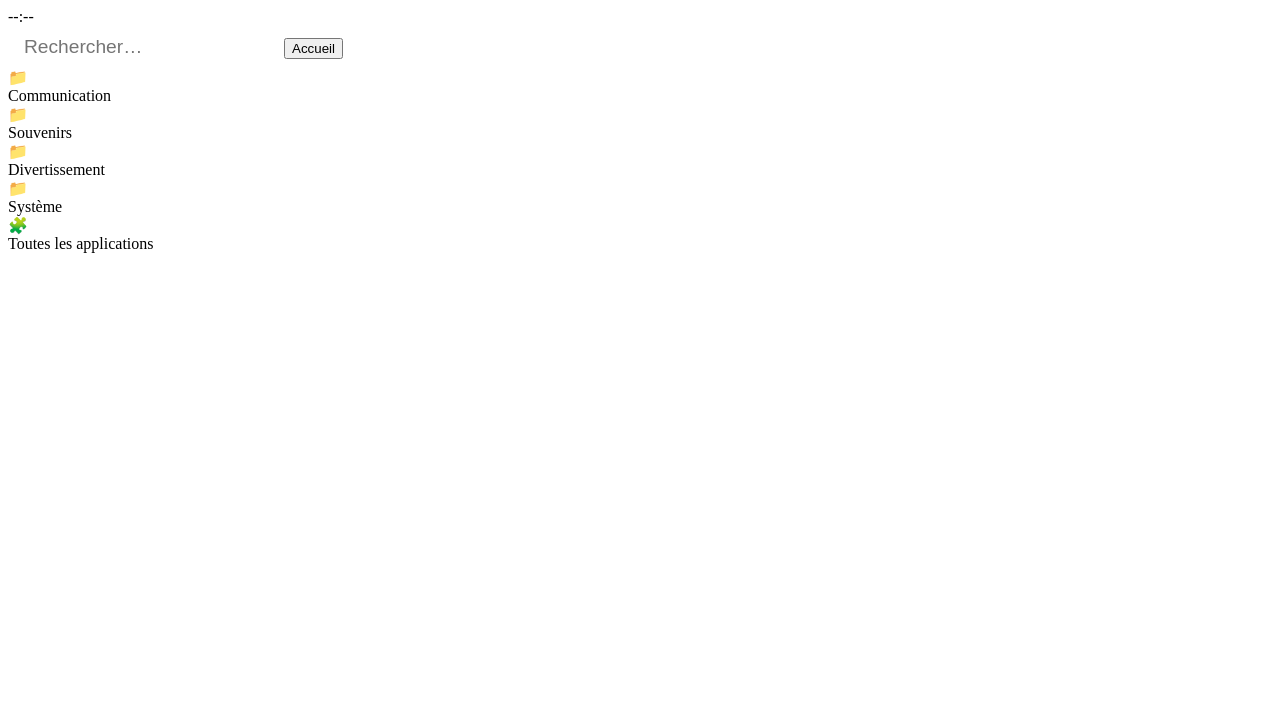
Repository: nlagardere/OpenHand
Page: index.html
The author's editor kept a copy of each file at every save. The page is drawn from the files as they stood at one save, then again after the next save.
The browser window is 1280 px wide. The pictures show the whole page.

Above is the page before, as saved 2026-01-28 17:55:45.

After the next save:
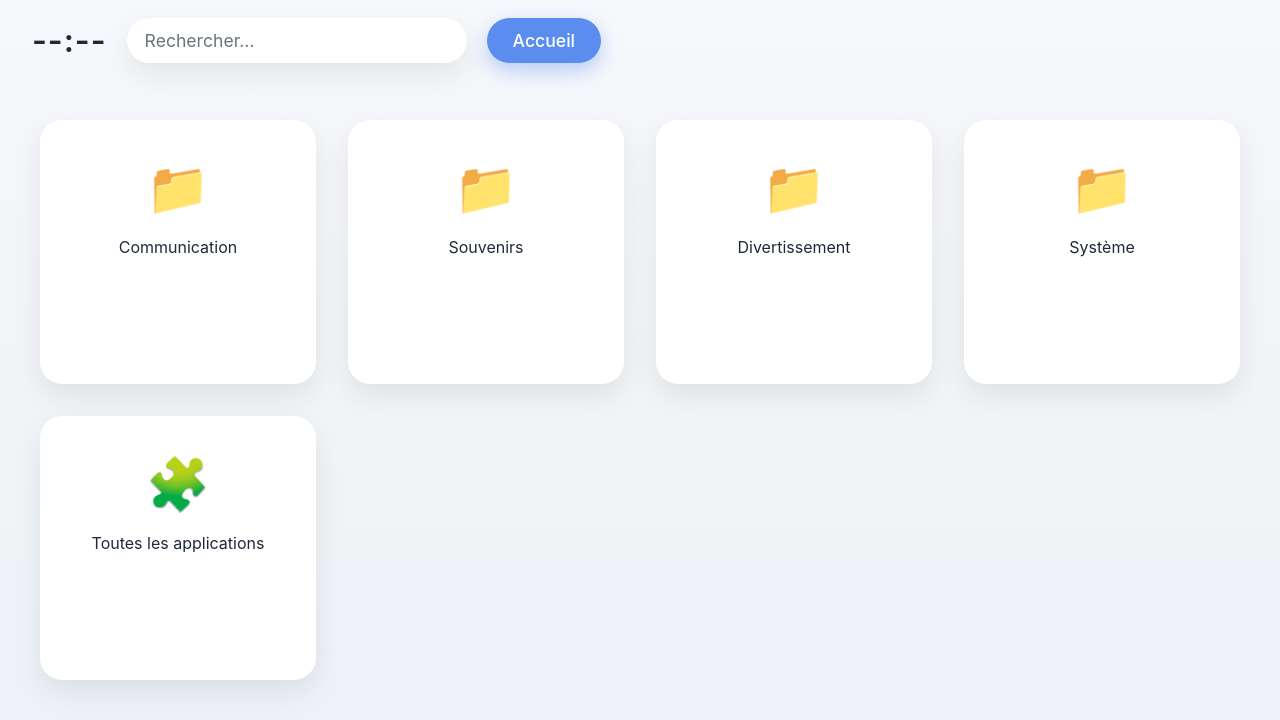
Saved 9 s later.
--- a/css/style.css
+++ b/css/style.css
@@ -1,16 +1,149 @@
+/* =========================
+   OpenHand – Clean UI
+   ========================= */
+
+:root {
+  --bg: #eef1f5;
+  --surface: #ffffff;
+  --accent: #5b8def;
+  --accent-soft: #e8efff;
+  --text-main: #1f2937;
+  --text-soft: #6b7280;
+  --radius: 22px;
+  --shadow: 0 12px 30px rgba(0, 0, 0, 0.08);
+}
+
+* {
+  box-sizing: border-box;
+  font-family: "Inter", system-ui, -apple-system, BlinkMacSystemFont, sans-serif;
+}
+
+body {
+  margin: 0;
+  height: 100vh;
+  background: linear-gradient(180deg, #f6f8fb, var(--bg));
+  color: var(--text-main);
+  display: flex;
+  flex-direction: column;
+}
+
+/* =========================
+   Header
+   ========================= */
+
+header {
+  height: 80px;
+  padding: 0 32px;
+  display: flex;
+  align-items: center;
+  gap: 20px;
+}
+
+#clock {
+  font-size: 2rem;
+  font-weight: 600;
+  letter-spacing: 0.03em;
+}
+
 #search {
-  font-size: 1.2rem;
-  padding: 10px 16px;
+  flex: 1;
+  max-width: 340px;
+  padding: 12px 18px;
+  font-size: 1.1rem;
   border-radius: 999px;
   border: none;
-  width: 240px;
+  background: var(--surface);
+  box-shadow: var(--shadow);
+  outline: none;
 }
 
-.fade {
-  animation: fade 0.3s ease;
+#search::placeholder {
+  color: var(--text-soft);
 }
 
-@keyframes fade {
-  from { opacity: 0; transform: scale(0.98); }
-  to { opacity: 1; transform: scale(1); }
+#homeBtn {
+  padding: 12px 26px;
+  font-size: 1.1rem;
+  font-weight: 500;
+  border-radius: 999px;
+  border: none;
+  background: var(--accent);
+  color: white;
+  cursor: pointer;
+  box-shadow: 0 8px 20px rgba(91, 141, 239, 0.4);
 }
+
+#homeBtn:active {
+  transform: scale(0.97);
+}
+
+/* =========================
+   Menu grid
+   ========================= */
+
+#menu {
+  flex: 1;
+  padding: 40px;
+  display: grid;
+  grid-template-columns: repeat(auto-fill, minmax(240px, 1fr));
+  gap: 32px;
+}
+
+/* =========================
+   Cards
+   ========================= */
+
+.card {
+  background: var(--surface);
+  border-radius: var(--radius);
+  padding: 36px 24px;
+  text-align: center;
+  cursor: pointer;
+  box-shadow: var(--shadow);
+  transition: transform 0.2s ease, box-shadow 0.2s ease;
+}
+
+.card:hover {
+  transform: translateY(-6px);
+  box-shadow: 0 20px 40px rgba(0, 0, 0, 0.12);
+}
+
+.icon {
+  font-size: 3.2rem;
+  margin-bottom: 18px;
+}
+
+.card span {
+  display: block;
+  font-size: 1.4rem;
+  font-weight: 500;
+}
+
+/* =========================
+   App view
+   ========================= */
+
+#appView {
+  flex: 1;
+  display: none;
+  background: var(--surface);
+}
+
+/* =========================
+   Animations
+   ========================= */
+
+.fade {
+  animation: fadeIn 0.25s ease-out;
+}
+
+@keyframes fadeIn {
+  from {
+    opacity: 0;
+    transform: scale(0.96);
+  }
+  to {
+    opacity: 1;
+    transform: scale(1);
+  }
+}
